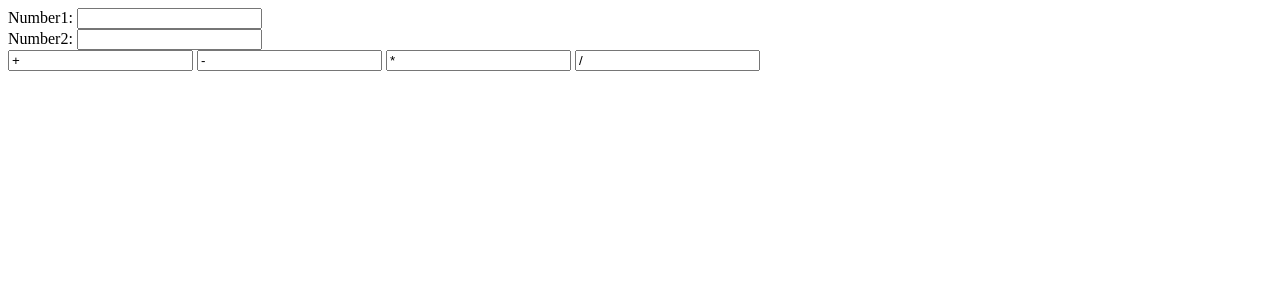
Repository: SaiGouthamVaddi/Visa-Training
Page: mywebapp/src/main/webapp/calc.html
An editor plug-in stored every save of this project. The page is shown before and after the next save, followed by the edit.
The browser window is 1280 px wide. The pictures show the whole page.

Above is the page before, as saved 2019-07-16 06:18:26.

After the next save:
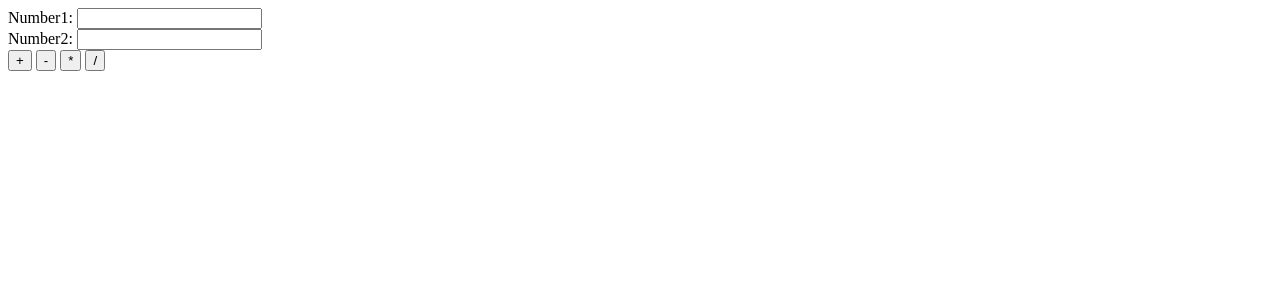
Saved 43 s later.
--- a/mywebapp/src/main/webapp/calc.html
+++ b/mywebapp/src/main/webapp/calc.html
@@ -11,10 +11,10 @@
 Number1: <input name = n1><br>
 Number2: <input name = n2><br>
 
-<input name = op value = "+">
-<input name = op value = "-">
-<input name = op value = "*">
-<input name = op value = "/">
+<input name = op value = "+" type = submit>
+<input name = op value = "-" type = submit>
+<input name = op value = "*" type = submit>
+<input name = op value = "/" type = submit>
 
 </form>
 
